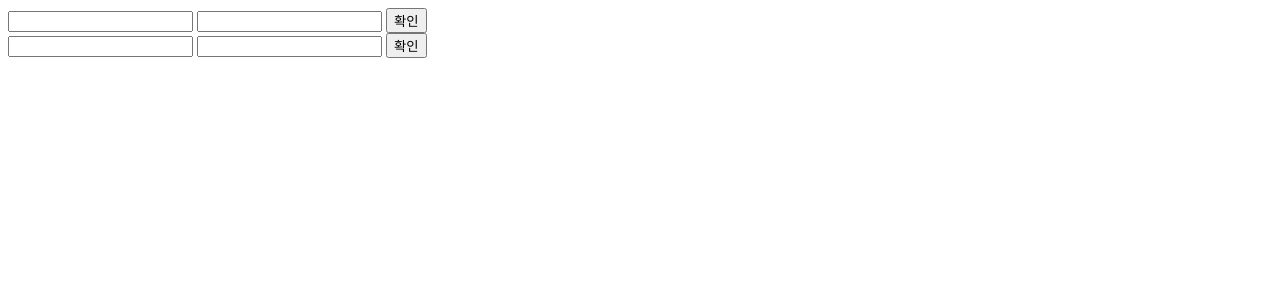
Repository: AiharaAkira/jsp
Page: WebWorkSpace/02_Servlet/src/main/webapp/NewFile.html
An editor plug-in stored every save of this project. The page is shown before and after the next save, followed by the edit.
The browser window is 1280 px wide. The pictures show the whole page.

Above is the page before, as saved 2021-11-04 01:00:51.

### WebWorkSpace/02_Servlet/src/main/webapp/NewFile.html
<!DOCTYPE html>
<html>
<head>
<meta charset="EUC-KR">
<title>Insert title here</title>
</head>
<body>

<!-- input들을 사용하기 편하게 해주는 것 -->
<form action="요청한 파일명(서블릿)">
	<input name="요청한 파라미터 변수명">
	<input name="요청한 파라미터 변수명">
	<button>확인</button>
</form>

<form action="AAA">
	<input name="bbb">
	<input name="ccc">
	<button>확인</button>
</form>

</body>
</html>

After the next save:
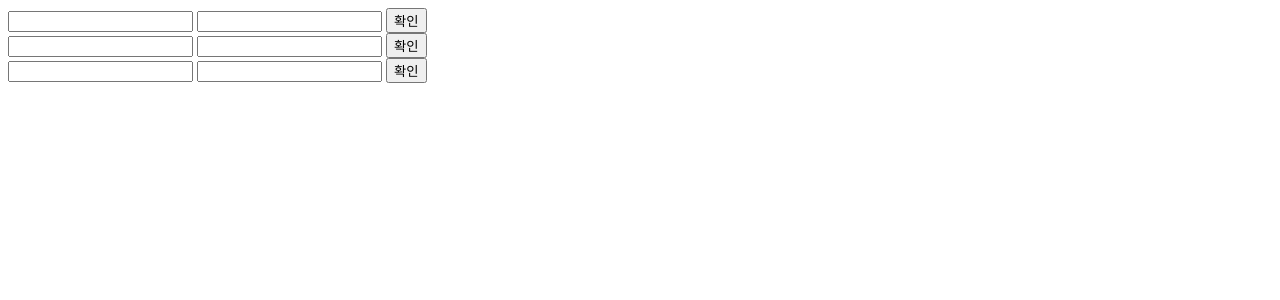
Saved 3 min 27 s later.
--- a/WebWorkSpace/02_Servlet/src/main/webapp/NewFile.html
+++ b/WebWorkSpace/02_Servlet/src/main/webapp/NewFile.html
@@ -19,5 +19,11 @@
 	<button>확인</button>
 </form>
 
+<form action="NameAge">
+	<input name="name">
+	<input name="age">
+	<button>확인</button>
+</form>
+
 </body>
 </html>
